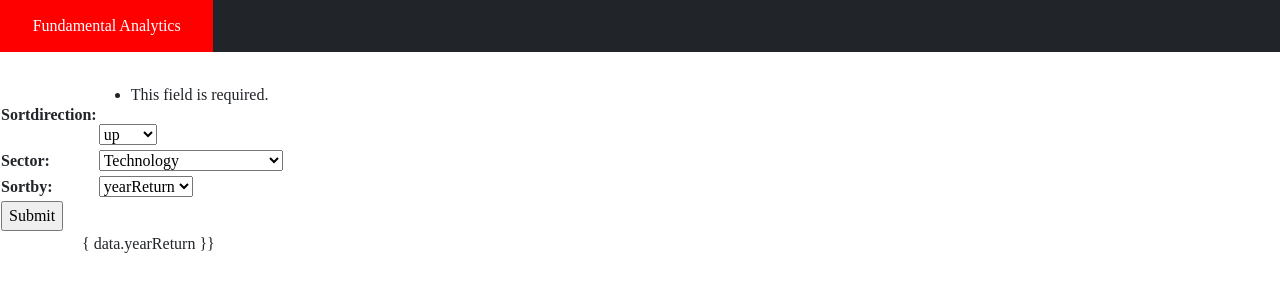
Repository: brendan12372/theSite
Page: http://localhost/
The author's editor kept a copy of each file at every save. The page is drawn from the files as they stood at one save, then again after the next save.
The browser window is 1280 px wide. The pictures show the whole page.
The page is served by the project's application, run on Django 4.2 (manage.py). Other server files are loaded and not shown.

Above is the page before, as saved 2022-03-18 13:48:31.

### stocks/templates/test3.html
<!DOCTYPE html>
{% load static %}
{% load humanize %}
{% load crispy_forms_tags %}


<html lang="en">

<head>

    <!-- Required meta tags -->
    <meta charset="utf-8">
    <meta name="viewport" content="width=device-width, initial-scale=1, shrink-to-fit=no">

    <!-- Bootstrap CSS -->
    <link href="https://cdn.jsdelivr.net/npm/bootstrap@5.0.2/dist/css/bootstrap.min.css" rel="stylesheet" integrity="sha384-EVSTQN3/azprG1Anm3QDgpJLIm9Nao0Yz1ztcQTwFspd3yD65VohhpuuCOmLASjC" crossorigin="anonymous">

    <link rel="stylesheet" type="text/css" href="{% static 'topTen/style.css' %}">
    <!doctype html>

    <title>Fundamental Analytics</title>

</head>

<body>
    <nav class="navbar navbar-dark sticky-top bg-dark flex-md-nowrap p-0">
        <a class="navbar-brand col-sm-3 col-md-2 mr-0" href={% url 'home' %}>Fundamental Analytics</a>
    </nav>
    <table>
        <tbody>
            <form method="post">
                {{ form.as_table  }}
                <tr>
                    <td><input type="submit"></td>
                </tr>
                <!-- <tr> <input type="submit" value="Submit"></tr> -->
            </form>

        </tbody>
    </table>


    <div class="container">
        { data.yearReturn }}
        <table>
            <tbody>
                {% for key,val in data.items %}
                <tr>
                    <td>{{ forloop.counter |ordinal }}</td>
                    <td><a href={{ key }}>{{key}}</a></td>
                    <td>{{val}}</td>
                </tr>

                {% endfor %}


            </tbody>
        </table>


    </div>

    <script src="https://cdn.jsdelivr.net/npm/bootstrap@5.0.2/dist/js/bootstrap.bundle.min.js" integrity="sha384-MrcW6ZMFYlzcLA8Nl+NtUVF0sA7MsXsP1UyJoMp4YLEuNSfAP+JcXn/tWtIaxVXM" crossorigin="anonymous"></script>

</body>

</html>

### stocks/forms.py
from django import forms
sectorList = (
    ('Basic%20Materials',"Basic Materials"),
    ('Consumer%20Defensive',"Consumer Defensive") ,
    ('Healthcare','Healthcare'), ('Communication%20Services','Communication Services'), ('Energy',"Energy"),
    ('Industrials','Industrials'),
    ('Consumer%20Cyclical',"Consumer Cyclical"), ('Financial%20Services','FinancialServices'), ('Technology','Technology'))

SORT_CHOICES =(
    ("up", "up"),
    ("down", "down"),
)

SORT_CHOICES2 =(
    ("yearReturn", "yearReturn"),
    ("marketCap", "marketCap"),
    ("pegRatio", "pegRatio"),
)


class OptionsForm(forms.Form):
    sortDirection = forms.ChoiceField(choices=SORT_CHOICES)
    sector = forms.ChoiceField(choices=sectorList)
    sortBy = forms.ChoiceField(choices=SORT_CHOICES2)

    class Meta:
        fields = ['sector','sortBy','sortDirection']

### stocks/views.py
from rest_framework import status
from rest_framework.decorators import api_view
from rest_framework.mixins import ListModelMixin
from rest_framework.response import Response
from stocks.models import Stock,Mysector
from stocks.serializers import StockSerializer, SectorSerializer
from pyFundamental.utils import info,sortStocks
from statistics import mean
from django.shortcuts import render
from django.views.decorators.csrf import csrf_exempt
import io
from rest_framework.parsers import JSONParser
from .forms import OptionsForm

init_data = {
        'sector': 'Technology',
        'dir': 'up',
        'sortBy':'yearReturn'
    }
form=OptionsForm()
@csrf_exempt
def stocks_list2(request):
    template_name='test3.html'
    if request.method=="POST":

        form=OptionsForm(request.POST)
        print(f'form: {form.data["sortBy"]}')
        dir=form.data['sortDirection']
        sector=form.data["sector"]
        sortBy=form.data["sortBy"]
        stocks=Stock.objects.filter(sector=form.data["sector"])
        data=sortStocks(sector=sector,sortBy=sortBy,dir=dir)
        serializer = StockSerializer(stocks, many=True)

        print(serializer)
        context={
            "form":form,
            "data":  serializer.data
            }


        return render(template_name=template_name,request=request,context=context)
    if request.method=="GET":
        form=OptionsForm()
        form=OptionsForm(init_data)
        dir='up'
        sector='all'
        sortBy="marketCap"
        stocks = Stock.objects.filter(sector=sector)
        context={"form":form,
                 "data":stocks
                 }
        stocks=stocks.order_by(sortBy)
        return render(template_name=template_name,request=request,context=context)


@api_view(['GET', 'POST'])
def stocks_list(request,sector,sortBy,dir):
    """
    List all code snippets, or create a new snippet.
    """
    if request.method == 'GET':
        print(sector)
        if sector !='all':
            stocks = Stock.objects.filter(sector=sector)
        else:
            stocks = Stock.objects.all()
        if dir =='up':
            stocks=stocks.order_by(sortBy)
        if dir=='down':
            stocks=stocks.order_by("-"+sortBy)

        serializer = StockSerializer(stocks, many=True)
        return Response(serializer.data)

    elif request.method == 'POST':
        serializer = StockSerializer(data=request.data)
        if serializer.is_valid():
            serializer.save()
            return Response(serializer.data, status=status.HTTP_201_CREATED)
        return Response(serializer.errors, status=status.HTTP_400_BAD_REQUEST)

@api_view(['GET', 'DELETE'])
def stocks_detail(request, pk):
    """
    Retrieve, update or delete a code snippet.
    """
    try:
        stock = Stock.objects.get(pk=pk)
    except Stock.DoesNotExist:
        return Response(status=status.HTTP_404_NOT_FOUND)

    if request.method == 'GET':
        serializer = StockSerializer(stock)
        return Response(serializer.data)


    elif request.method == 'DELETE':
        stock.delete()
        return Response(status=status.HTTP_204_NO_CONTENT)




@api_view(['GET'])
def sector_list(request,sortBy,dir):
    if request.method == 'GET':
        xxx=Mysector.objects.all()

        for s in Mysector.objects.all():
            s.get_ave(sortBy)
            s.save()

        sec_list=Mysector.objects.all()
        stockL=Stock.objects.all()




        if dir=='up':
            serializer = SectorSerializer(sec_list.order_by('-ave'), many=True)
        if dir=='down':
            serializer = SectorSerializer(sec_list.order_by('ave'), many=True)

        return Response(serializer.data)



def stocks_detail2(request, symbol):
    """
    Retrieve, update or delete a code snippet.
    """
    try:
        stock = Stock.objects.get(symbol=symbol)
    except Stock.DoesNotExist:
        return Response(status=status.HTTP_404_NOT_FOUND)

    if request.method == 'GET':
        serializer = StockSerializer(stock)

        context={"data":serializer.data}
        template_name="sd.html"

        return render(template_name=template_name,request=request,context=context)


    elif request.method == 'DELETE':
        stock.delete()
        return Response(status=status.HTTP_204_NO_CONTENT)

### tutorial/urls.py
from django.urls import path, include
from django.contrib import admin

urlpatterns = [
path('admin/', admin.site.urls),
path('', include('stocks.urls')),
path('topTen/', include('topTen.urls')),

]

### stocks/urls.py
from django.urls import path
from stocks import views
from django.contrib import admin

urlpatterns = [
    # path('stocks/', views.stocks_list),
    path('', views.stocks_list2),
    path('<str:symbol>/', views.stocks_detail2),
    path('<str:sector>/<str:sortBy>/<str:dir>', views.stocks_list),
    path('sectors/<str:sortBy>/<str:dir>', views.sector_list),
    path('frontend/<int:pk>/',views.stocks_detail2, name= 'myD' )
]

### topTen/urls.py
from django.urls import path
from topTen import views
urlpatterns = [
    # path('front/', views.front_list),
    # path('front/<int:pk>/', views.stocks_detail),
    path('sector/', views.sector_view,name='sector'),
    path('home/', views.vTwo,name='sort'),
    path('',views.home,name='home'),
    path('<int:pk>/', views.detail.as_view(),name='detail'),


]

### topTen/static/topTen/style.css
 /* Navbar container */
 .theOptions{
  background-color:lightblue;
  text-align: left;
     padding-left: 10%;
}
 article{
margin-top:30px;
 }
 body{
          font-family: "Noto Serif Armenian Light";

 }
.Key{
    background-color: lightblue;
}

.theList{
  background-color:darkgrey;
  text-align: left;
  margin-top: 5px;
    font-family: "Times";
}
p{
         font-family: "Noto Serif Armenian Light";

}
 .navbar {
  overflow: hidden;
  background-color: darkgrey;
  font-family: 'Noto Serif Armenian Light';
     margin-bottom: 30px;
}
 body {
   background-color:'green'
 }

/* Links inside the navbar */
.navbar a {
  float: left;
  font-size: 16px;
  color: white;
  text-align: center;
  padding: 14px 16px;
  text-decoration: none;
}

/* The dropdown container */
.dropdown {
  float: left;
  overflow: hidden;
}

/* Dropdown button */
.dropdown .dropbtn {
  font-size: 16px;
  border: none;
  outline: none;
  color: white;
  padding: 14px 16px;
  background-color: inherit;
  font-family: inherit; /* Important for vertical align on mobile phones */
  margin: 0; /* Important for vertical align on mobile phones */
}

/* Add a red background color to navbar links on hover */
.navbar a:hover, .dropdown:hover .dropbtn {
  background-color: red;
}

/* Dropdown content (hidden by default) */
.dropdown-content {
  display: none;
  position: absolute;
  background-color: #f9f9f9;
  min-width: 160px;
  box-shadow: 0px 8px 16px 0px rgba(0,0,0,0.2);
  z-index: 1;
}

/* Links inside the dropdown */
.dropdown-content a {
  float: none;
  color: black;
  padding: 12px 16px;
  text-decoration: none;
  display: block;
  text-align: left;
}

/* Add a grey background color to dropdown links on hover */
.dropdown-content a:hover {
  background-color: #ddd;
}

/* Show the dropdown menu on hover */
.dropdown:hover .dropdown-content {
  display: block;
}
label {
  ;
}

Loaded but not shown: pyFundamental/utils.py (484 lines, source omitted)

After the next save:
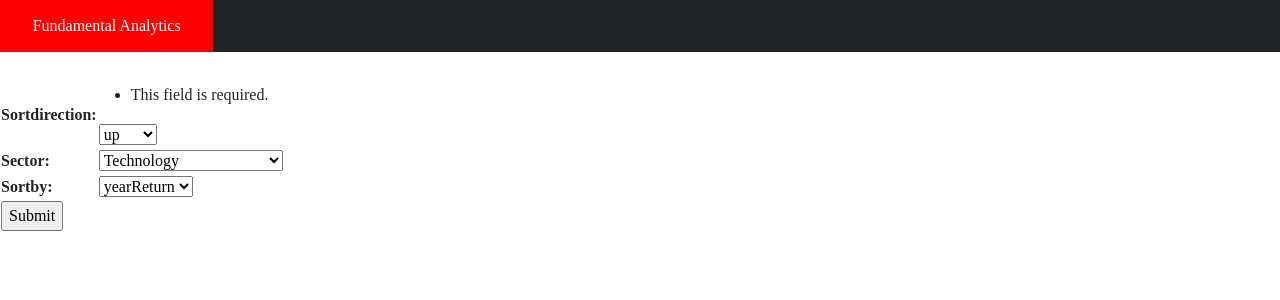
Saved 12 s later.
--- a/stocks/templates/test3.html
+++ b/stocks/templates/test3.html
@@ -41,7 +41,7 @@
 
 
     <div class="container">
-        { data.yearReturn }}
+        {{ data.yearReturn }}
         <table>
             <tbody>
                 {% for key,val in data.items %}
